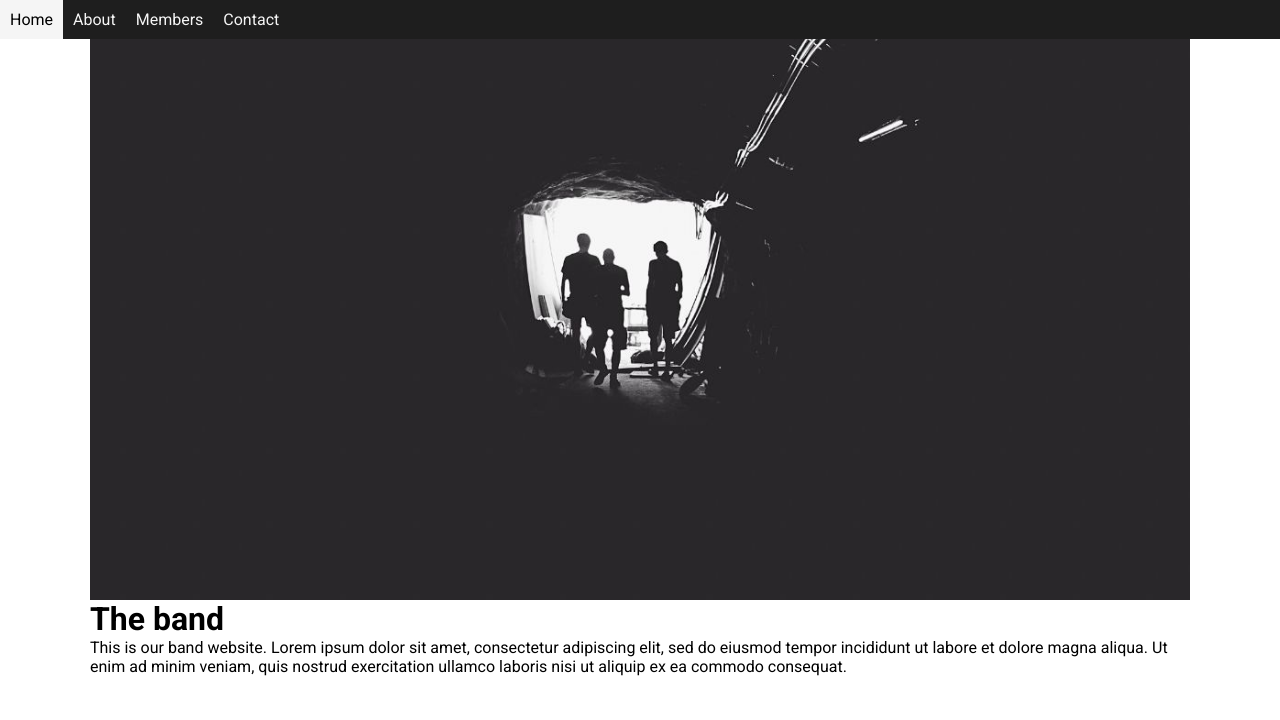
Repository: hieu-22/w3_band_UI
Page: index.html
The author's editor kept a copy of each file at every save. The page is drawn from the files as they stood at one save, then again after the next save.
The browser window is 1280 px wide. The pictures show the whole page.

Above is the page before, as saved 2022-12-30 09:21:05.

### index.html
<!DOCTYPE html>
<html lang="en">
<head>
    <meta charset="UTF-8">
    <meta http-equiv="X-UA-Compatible" content="IE=edge">
    <meta name="viewport" content="width=device-width, initial-scale=1.0">
    <title>The band - by w3school</title>
    <link rel="stylesheet" href="assets/css/style.css">
    <link rel="preconnect" href="https://fonts.googleapis.com"><link rel="preconnect" href="https://fonts.gstatic.com" crossorigin><link href="https://fonts.googleapis.com/css2?family=Roboto:wght@100;300;400;500;700&display=swap" rel="stylesheet">
</head>
<body>
    <header class="header">
        <nav class="navigation-bar">
            <ul class="navigation-bar__list">
                <li class="navigation-bar__list-item">
                    Home
                </li>
                <li class="navigation-bar__list-item">
                    About
                </li>
                <li class="navigation-bar__list-item">
                    Members
                </li>
                <li class="navigation-bar__list-item">
                    Contact
                </li>
            </ul>
        </nav>
        <div class="banner"></div>
    </header>

    <main>
        <div class="about">
            <h1>The band</h1>
            <p>This is our band website. Lorem ipsum dolor sit amet, consectetur adipiscing elit, sed do eiusmod tempor incididunt ut labore et dolore magna aliqua. Ut enim ad minim veniam, quis nostrud exercitation ullamco laboris nisi ut aliquip ex ea commodo consequat.
            </p>
        </div>
    </main>

    <footer>

    </footer>
</body>
</html>

### assets/css/style.css
* {
    box-sizing: border-box;
    padding: 0;
    margin: 0;

}

html {
    font-family: 'Roboto', sans-serif;
    font-size: 16px;
    width: 1100px;
    margin: auto;
}

.header {
    height: 600px;
}

.navigation-bar {
    position: absolute;
    top: 0;
    left: 0;
    width: 100%;
    background-color: rgb(30, 30, 30);
}

.navigation-bar__list {
    display: flex;
    justify-content: flex-start;
    align-items: center;
    border-radius: 2px;
    list-style-type: none;
}

.navigation-bar__list-item {
    padding: 10px;
    color: whitesmoke;
}
.navigation-bar__list-item:hover {
    background-color: whitesmoke;
    color: black;
    cursor: pointer;
}

.banner {
    height: 100%;
    width: auto;
    background-image: url('../img/img_la.jpg');
    background-size: cover;
}

/* main content */
.content__about {
    margin-top: 20px;
}

.content__about h1 {
    font-weight: 500;
    text-align: center;
}

After the next save:
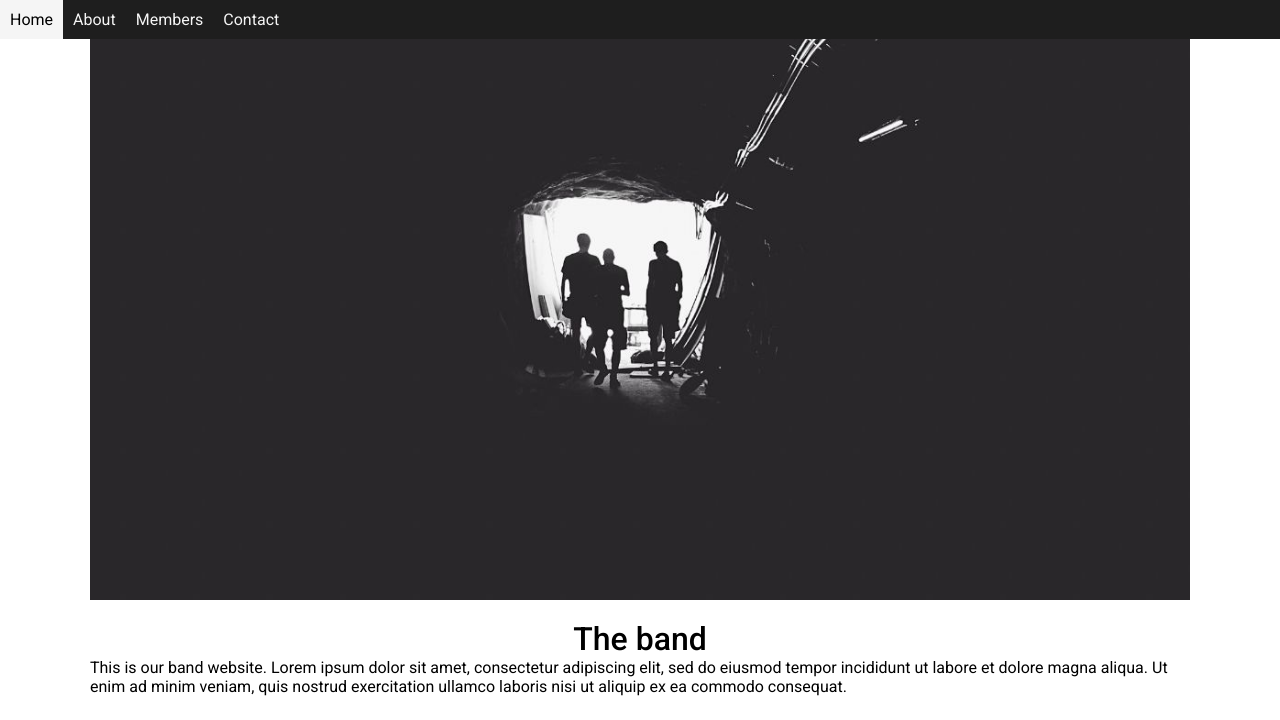
Saved 15 s later.
--- a/index.html
+++ b/index.html
@@ -29,8 +29,8 @@
         <div class="banner"></div>
     </header>
 
-    <main>
-        <div class="about">
+    <main class="content">
+        <div class="content__about">
             <h1>The band</h1>
             <p>This is our band website. Lorem ipsum dolor sit amet, consectetur adipiscing elit, sed do eiusmod tempor incididunt ut labore et dolore magna aliqua. Ut enim ad minim veniam, quis nostrud exercitation ullamco laboris nisi ut aliquip ex ea commodo consequat.
             </p>
